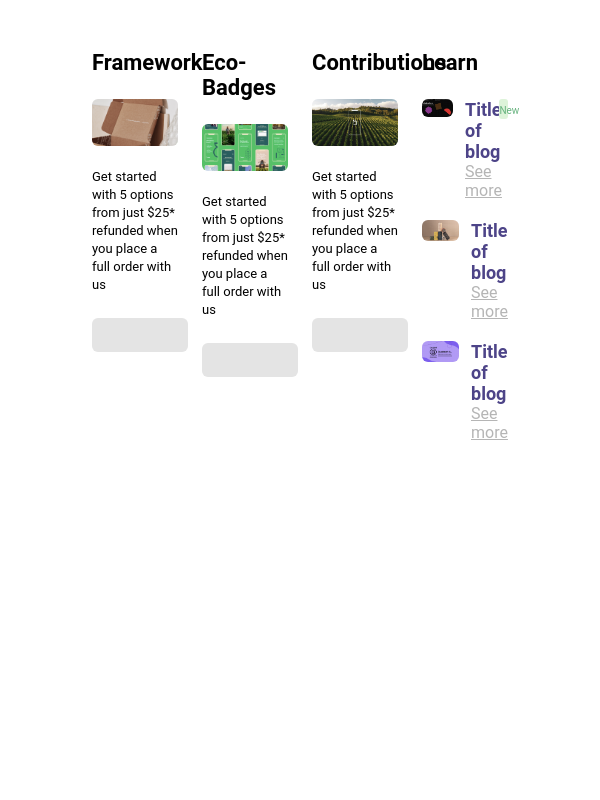
Repository: NguyenMinhKhanhB1909929/Practice_HTML-01
Page: index.html
An editor plug-in stored every save of this project. The page is shown before and after the next save, followed by the edit.
The browser window is 600 px wide. The pictures show the whole page.
Some web libraries are served in a nearby version.

Above is the page before, as saved 2022-04-07 20:36:56.

After the next save:
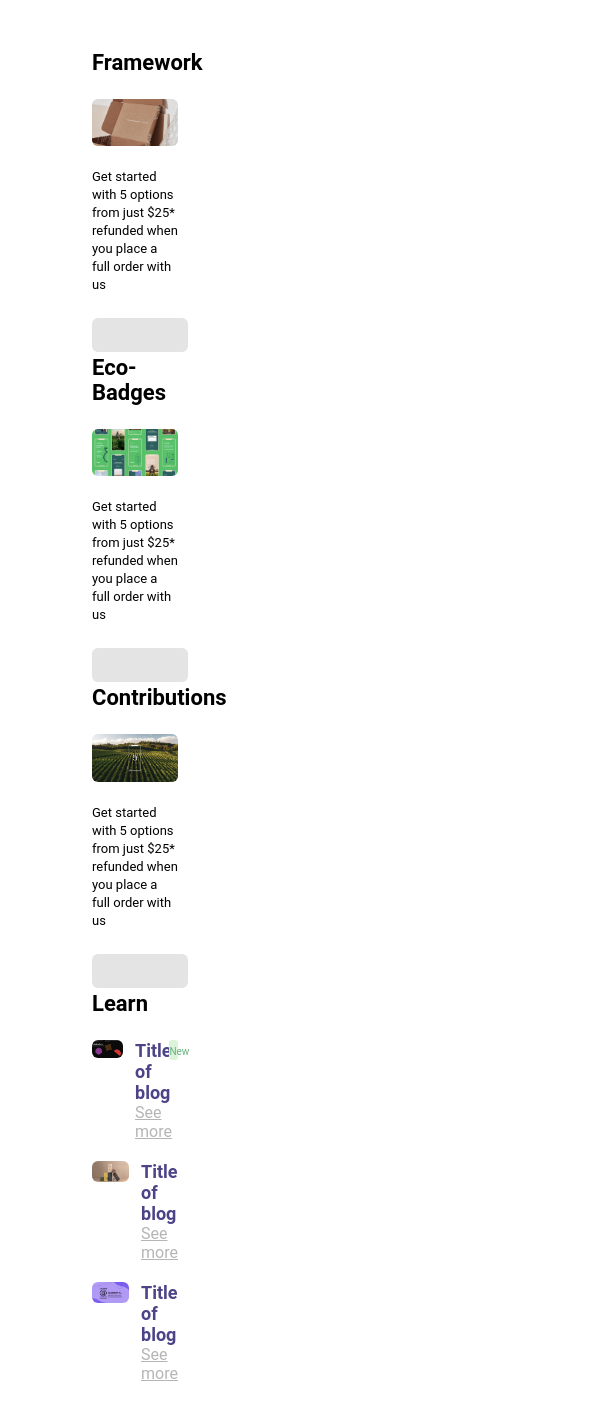
Saved 41 s later.
--- a/asset/style/style.css
+++ b/asset/style/style.css
@@ -354,10 +354,16 @@ a {
 
 /* Mobile */
 @media screen and (max-width: 46.1875em) {
+  /* Header */
   .header {
     display: none;
   }
+  /* Nav */
   .nav {
     display: none;
   }
-}
+  /* Container */
+  .row {
+    flex-direction: column;
+  }
+}
